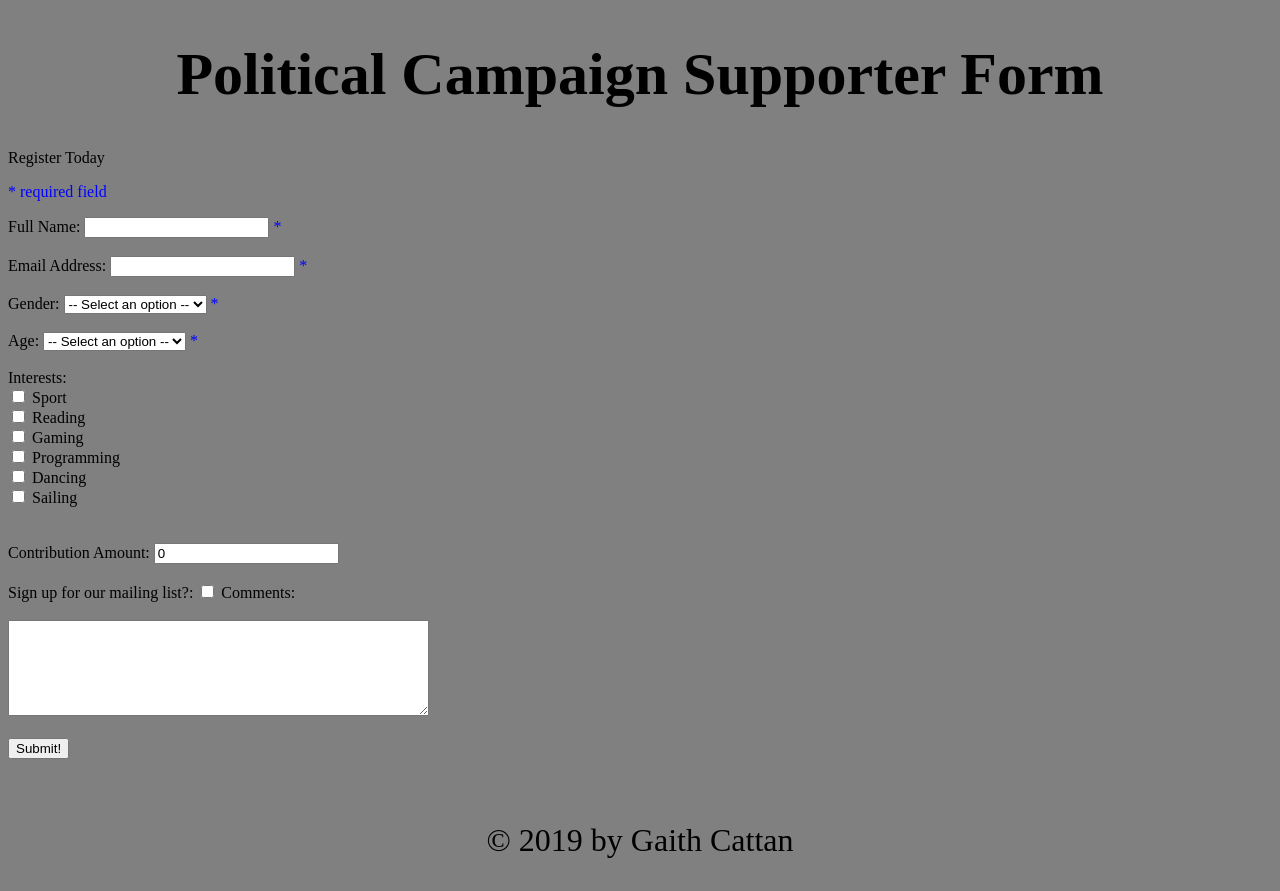
Repository: GaithCattan/COSW30
Page: labwork/lab2/contact.html
The author's editor kept a record of every edit. The page is drawn from the files as they stood at one moment, then again after the next edit.
The browser window is 1280 px wide. The pictures show the whole page.

Above is the page before.

### labwork/lab2/contact.html

<!doctype html>
<html>
    <head>
         <meta charset="utf-8">
         <title>Political Campaign Supporter Form</title>
        <style>
          body {background-color: grey;}
          h1 {text-align: center; font-size: 60px; margin-top: 40px;}
          footer {font-size: 2em; color: black; text-align: center; margin-top: 5%;}
          .needed {color: blue;}
        </style>

    </head>
    <body>

        <h1>Political Campaign Supporter Form</h1>
        <p>Register Today</p>
        <p><span class="needed">* required field</span></p>

         <form action="process_contact.php" method="POST">

             <lable for="full_name">Full Name: </lable>
             <input type="text" id="full_name" name="full_name" required>
             <span class="needed">* </span>
             <br><br>

             <lable for="email">Email Address: </lable>
             <input type="email" id="email" name="email" required>
             <span class="needed">* </span>
             <br><br>

             <lable for="gender">Gender:
                 <select id="gender" name="gender" value="" required>
                     <option disabled selected value> -- Select an option -- </option>
                     <option value="male">Male</option>
                     <option value="female">Female</option>
                     <option value="other">Other</option>
                     <option value="not_to_say">Prefer Not to Say</option>
                 </select>
             </lable>
             <span class="needed">* </span>
             <br><br>

             <lable for="age_range">Age:
                 <select id="age_range" name="age_range" required>
                     <option disabled selected value> -- Select an option -- </option>
                     <option value="21-29">Between 21-29</option>
                     <option value="30-49">Between 30-49</option>
                     <option value="50-69">Between 50-69</option>
                     <option value="70-200">Over 70</option>
                 </select>
             </lable>
             <span class="needed">* </span>
             <br><br>

             <lable for="interests">Interests: </lable><br>
             <input type="checkbox" name="interests[]" value="sport"> Sport<br>
             <input type="checkbox" name="interests[]" value="reading"> Reading<br>
             <input type="checkbox" name="interests[]" value="gaming"> Gaming<br>
             <input type="checkbox" name="interests[]" value="programming"> Programming<br>
             <input type="checkbox" name="interests[]" value="dancing"> Dancing<br>
             <input type="checkbox" name="interests[]" value="sailing"> Sailing<br>
             <br><br>

             <lable for="contribution_amount">Contribution Amount: </lable>
             <input type="number" id="contribution_amount" name="contribution_amount" value="0">
             <br><br>

             <lable for="mailing_list">Sign up for our mailing list?: </lable>
             <input type="checkbox" name="mailing_list" value="Yes" />


<!--
             <lable for="mailing_list">Sign up for our mailing list?: </lable>
             <input type="checkbox" name="mailing_list" value="yes" checked>
             <br><br>

-->

             <lable for="comments">Comments: </lable><br><br>
             <textarea rows="6" cols="50" name="comment"></textarea>
             <br><br>


             <button>Submit!</button>


         </form>

    </body>

    <footer>
        <p>&copy; 2019 by Gaith Cattan</p>
    </footer>

</html>

After the next edit:
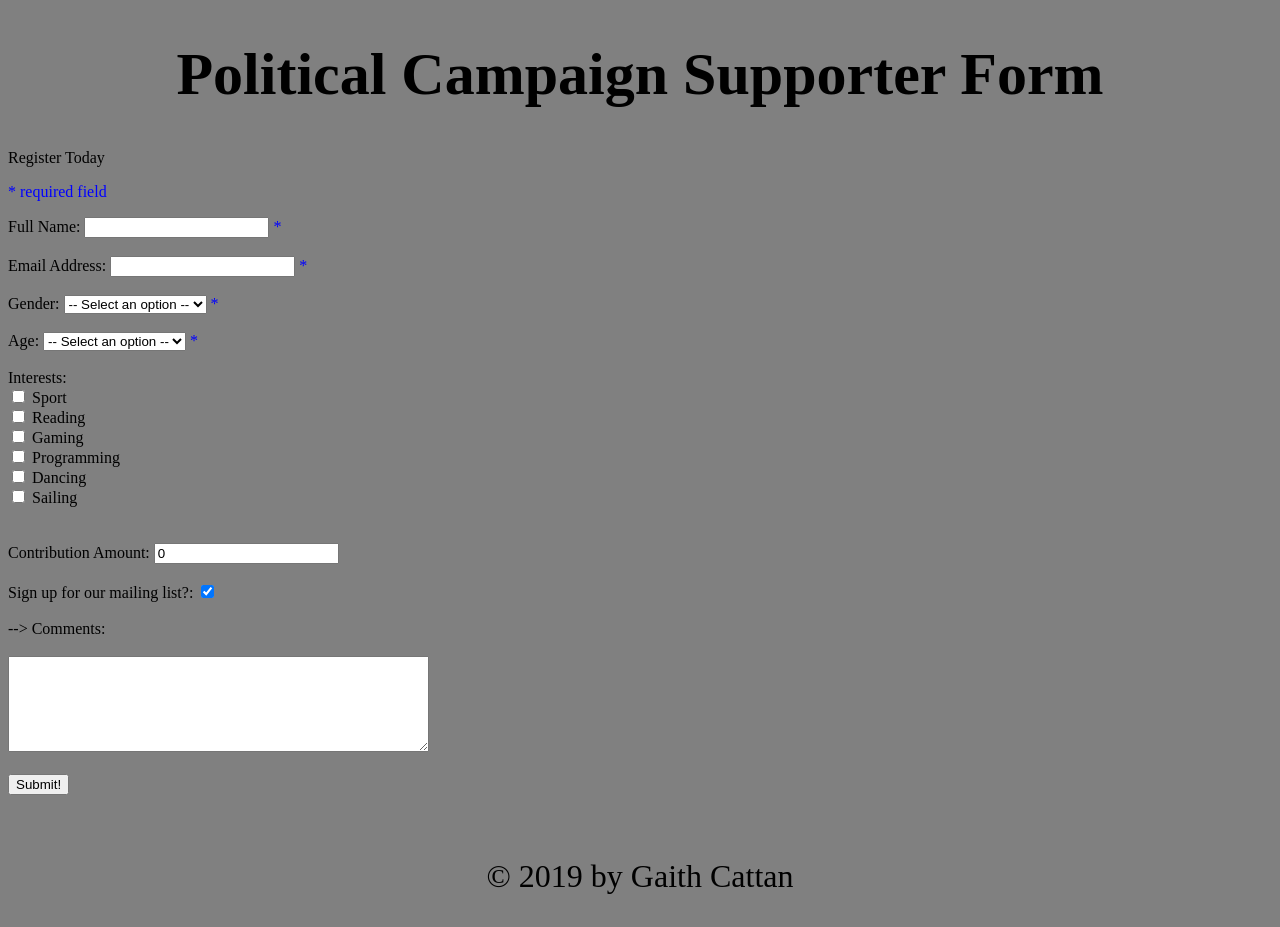
The edit:
--- a/labwork/lab2/contact.html
+++ b/labwork/lab2/contact.html
@@ -68,11 +68,6 @@
              <br><br>
 
              <lable for="mailing_list">Sign up for our mailing list?: </lable>
-             <input type="checkbox" name="mailing_list" value="Yes" />
-
-
-<!--
-             <lable for="mailing_list">Sign up for our mailing list?: </lable>
              <input type="checkbox" name="mailing_list" value="yes" checked>
              <br><br>
 
